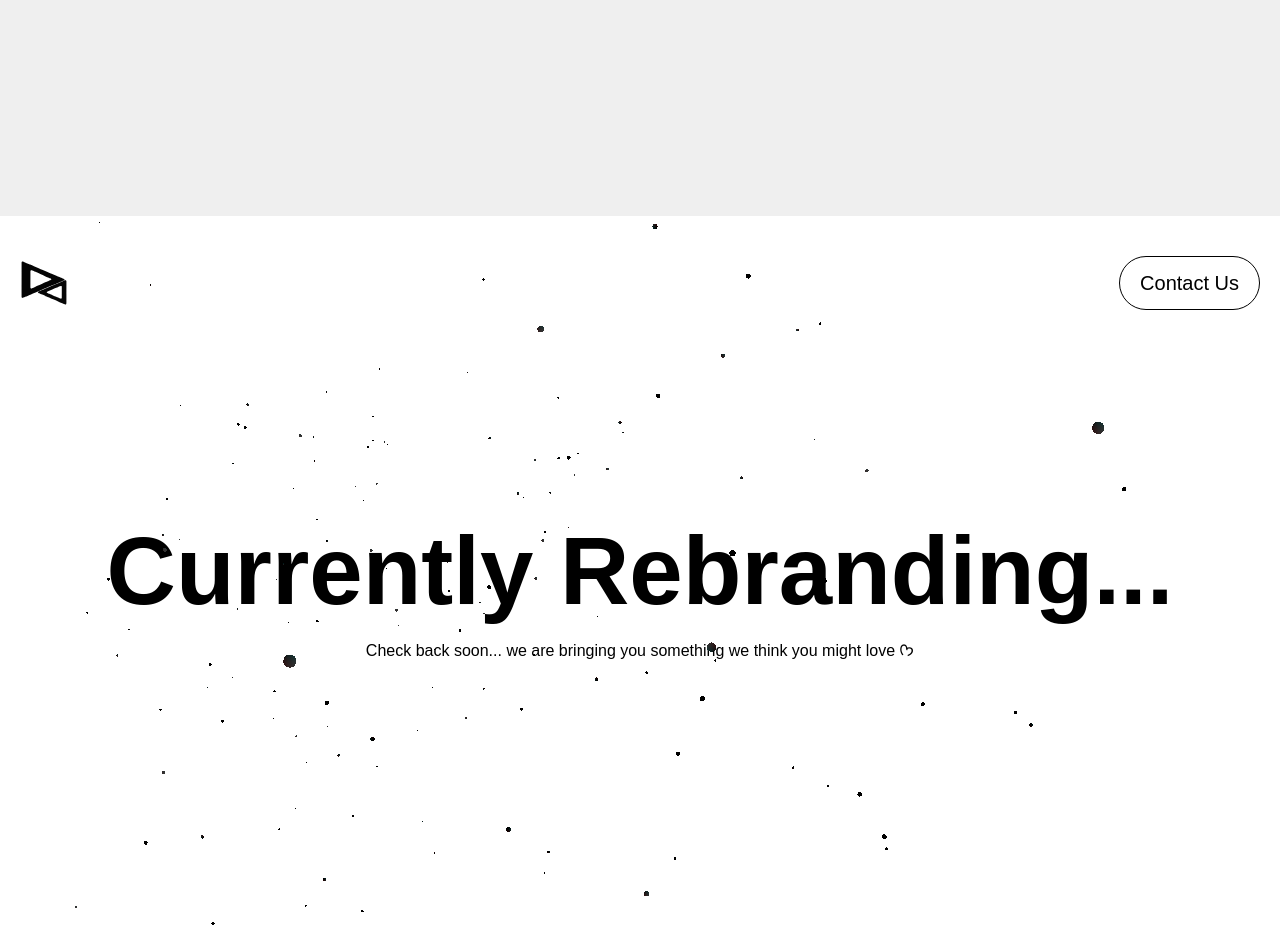
Repository: Cybugg/Nexxistudios-new
Page: /
The author's editor kept a copy of each file at every save. The page is drawn from the files as they stood at one save, then again after a run of saves.
The browser window is 1280 px wide. The pictures show the whole page.
The project was rebuilt for these pictures with package versions that can differ from the ones it lists, and the page was loaded fresh each time. The framework's server and built-in components were replaced by stand-ins that run in the browser. Also part of the build but not shown: next.config.mjs.

Above is the page before, as saved 2025-09-06 15:42:10.

### app/layout.js
import { Geist, Geist_Mono } from "next/font/google";
import localFont from "next/font/local";
import "./globals.css";
import Particles from "./Effects/Particles";


const geistSans = Geist({
  variable: "--font-geist-sans",
  subsets: ["latin"],
});
const clashGrotesk = localFont({
  src:"./../public/fonts/TTF/ClashGrotesk-Variable.ttf",
  variable:"--font-clashGrotesk"
})

const geistMono = Geist_Mono({
  variable: "--font-geist-mono",
  subsets: ["latin"],
});

export const metadata = {
  title: "Create Next App",
  description: "Generated by create next app",
};

export default function RootLayout({ children }) {
  return (
    <html lang="en">
      <body
        className={`${geistSans.variable} ${geistMono.variable} antialiased relative ${clashGrotesk.variable} `}>
            <div className="absolute w-full h-screen">
              <Particles particleColors={['#000000', '#000000']}
    particleCount={300}
    particleSpread={10}
    speed={0.1}
    particleBaseSize={100}
    moveParticlesOnHover={true}
    alphaParticles={false}
    disableRotation={false}
  />
        </div>

        {children}
      </body>
    </html>
  );
}

### app/page.js
"use client"
import { useGSAP } from "@gsap/react";
import TopNav from "./components/topNav";
import gsap from 'gsap';
import { useRef } from "react";
import Particles from "./Effects/Particles";




export default function Home() {
  const boxRef = useRef(null);
  useGSAP(() => {

    gsap.to("#progress", {
      width:"95%",
      duration:3,
      ease: 'power2.out',
    });
  },);

  return (
    <div className="grid grid-rows-[20px_1fr_20px] min-h-screen p-3 px-5  sm:p-5 bg-white text-black font-clashGrotesk">
      <main className="flex flex-col  row-start-2 items-center mx-auto container" >

      {/* Nav section */}
  <TopNav />
      {/* Hero */}
      <section className="h-full w-full flex items-center justify-center">
    <div className="">
    {/* <div className="text-3xl">
    Re-branding in Progress...
    </div> */}
    <div className="flex flex-col items-center justify-center gap-5 w-full">

{/* Main Text */}
<h1 className=" text-black flex items-center justify-center  w-full font-bold  text-8xl">
Currently Rebranding...
</h1>
{/* Sub-text */}
<p className="">
  Check back soon... we are bringing you something we think you might love ᡣ𐭩
</p>
{/* CTA Button */}
<button>

</button>
    </div>

    <div>

    </div>
    </div>
      </section>

      </main>
      <footer className="row-start-3 flex gap-[24px] flex-wrap items-center justify-center">

      </footer>
    </div>
  );
}

### app/globals.css
@import "tailwindcss";

:root {
  --background: #ffffff;
  --foreground: #171717;
}

@theme inline {
  --color-background: var(--background);
  --color-foreground: var(--foreground);
  --font-sans: var(--font-geist-sans);
  --font-mono: var(--font-geist-mono);
}

@media (prefers-color-scheme: dark) {
  :root {
    --background: #0a0a0a;
    --foreground: #ededed;
  }
}

body {
  background: var(--background);
  color: var(--foreground);
  font-family: Arial, Helvetica, sans-serif;
}

@keyframes load {
  0% {
    top: 4.5rem;
  }
  70% {
    top: 1.125rem;
  }
  90% {
    top: 0;
  }
  95% {
    top: 0;
  }
  100% {
    top: 4.5rem;
  }
}
@keyframes liquid-1 {
  0% {
    height: 0;
    opacity: 0;
    top: -0.5rem;
  }
  22% {
    height: 0.28125rem;
    top: 0.375rem;
    opacity: 1;
  }
  25% {
    top: -0.25rem;
  }
  35% {
    height: 1.125rem;
    top: -0.5rem;
  }
  55% {
    height: 0.28125rem;
    top: -0.125rem;
  }
  60% {
    height: 0.61875rem;
    opacity: 1;
    top: -0.275rem;
  }
  96% {
    height: 0.84375rem;
    opacity: 0;
    top: 0.5rem;
  }
  100% {
    height: 0;
    opacity: 0;
  }
}
@keyframes liquid-2 {
  0% {
    height: 0;
    opacity: 0;
    top: -0.5rem;
  }
  17.5% {
    height: 0.28125rem;
    top: 0.2rem;
    opacity: 1;
  }
  20% {
    top: -0.25rem;
  }
  25% {
    height: 1.40625rem;
    top: -0.625rem;
  }
  45% {
    height: 0.28125rem;
    top: -0.125rem;
  }
  60% {
    height: 1.40625rem;
    opacity: 1;
    top: -0.5rem;
  }
  96% {
    height: 0.84375rem;
    opacity: 0;
    top: 0.5rem;
  }
  100% {
    height: 0;
    opacity: 0;
  }
}
.battery {
  display: inline-block;
  position: relative;
  width: 2.25rem;
  height: 4.5rem;
  box-shadow: 0 0 0 0.2rem #425c77;
  background: white;
  border-radius: 0.09rem;
}
.battery:before {
  content: "";
  position: absolute;
  left: 0.5625rem;
  right: 0.5625rem;
  top: -0.3375rem;
  height: 0.3375rem;
  width: 1.125rem;
  background: #425c77;
  border-radius: 0.18rem;
}
.battery:after {
  content: "";
  position: absolute;
  top: 0;
  bottom: 0;
  left: 0;
  right: 0;
  border-right: 2.25rem solid transparent;
  border-bottom: 4.05rem solid rgba(255, 255, 255, 0.325);
}

.liquid {
  position: absolute;
  top: 0;
  bottom: 0;
  left: 0;
  right: 0;
  width: 2.25rem;
  background: #71fb85;
  animation: load 2.25s infinite;
}
.liquid:after, .liquid:before {
  content: "";
  position: absolute;
  top: -0.5rem;
  height: 1.125rem;
  width: 1.4625rem;
  background: #71fb85;
  border-radius: 50%;
  opacity: 0;
}
.liquid:after {
  right: 0;
  animation: liquid-1 2.25s infinite;
}
.liquid:before {
  left: 0;
  animation: liquid-2 2.25s infinite;
}

body {
  padding-top: 30vh;
  background: #efefef;
  text-align: center;
}

@keyframes power {
  0% {
    color: #bcbcbc;
  }
  75% {
    color: #bcbcbc;
    text-shadow: none;
  }
  90% {
    color: #58fa70;
    text-shadow: 0 0 0.8em #71fb85;
  }
  100% {
    color: #bcbcbc;
    text-shadow: none;
  }
}
h5 {
  font-family: Lato, sans-serif;
  font-weight: 300;
  letter-spacing: 0.025rem;
  text-transform: uppercase;
  color: #bcbcbc;
  animation: power 2.25s infinite;
}

### app/Effects/Particles.js
"use client"

import { useEffect, useRef } from 'react';
import { Renderer, Camera, Geometry, Program, Mesh } from 'ogl';

const defaultColors = ['#ffffff', '#ffffff', '#ffffff'];

const hexToRgb = hex => {
  hex = hex.replace(/^#/, '');
  if (hex.length === 3) {
    hex = hex
      .split('')
      .map(c => c + c)
      .join('');
  }
  const int = parseInt(hex, 16);
  const r = ((int >> 16) & 255) / 255;
  const g = ((int >> 8) & 255) / 255;
  const b = (int & 255) / 255;
  return [r, g, b];
};

const vertex = /* glsl */ `
  attribute vec3 position;
  attribute vec4 random;
  attribute vec3 color;

  uniform mat4 modelMatrix;
  uniform mat4 viewMatrix;
  uniform mat4 projectionMatrix;
  uniform float uTime;
  uniform float uSpread;
  uniform float uBaseSize;
  uniform float uSizeRandomness;

  varying vec4 vRandom;
  varying vec3 vColor;

  void main() {
    vRandom = random;
    vColor = color;

    vec3 pos = position * uSpread;
    pos.z *= 10.0;

    vec4 mPos = modelMatrix * vec4(pos, 1.0);
    float t = uTime;
    mPos.x += sin(t * random.z + 6.28 * random.w) * mix(0.1, 1.5, random.x);
    mPos.y += sin(t * random.y + 6.28 * random.x) * mix(0.1, 1.5, random.w);
    mPos.z += sin(t * random.w + 6.28 * random.y) * mix(0.1, 1.5, random.z);

    vec4 mvPos = viewMatrix * mPos;

    if (uSizeRandomness == 0.0) {
      gl_PointSize = uBaseSize;
    } else {
      gl_PointSize = (uBaseSize * (1.0 + uSizeRandomness * (random.x - 0.5))) / length(mvPos.xyz);
    }

    gl_Position = projectionMatrix * mvPos;
  }
`;

const fragment = /* glsl */ `
  precision highp float;

  uniform float uTime;
  uniform float uAlphaParticles;
  varying vec4 vRandom;
  varying vec3 vColor;

  void main() {
    vec2 uv = gl_PointCoord.xy;
    float d = length(uv - vec2(0.5));

    if(uAlphaParticles < 0.5) {
      if(d > 0.5) {
        discard;
      }
      gl_FragColor = vec4(vColor + 0.2 * sin(uv.yxx + uTime + vRandom.y * 6.28), 1.0);
    } else {
      float circle = smoothstep(0.5, 0.4, d) * 0.8;
      gl_FragColor = vec4(vColor + 0.2 * sin(uv.yxx + uTime + vRandom.y * 6.28), circle);
    }
  }
`;

const Particles = ({
  particleCount = 200,
  particleSpread = 10,
  speed = 0.1,
  particleColors,
  moveParticlesOnHover = false,
  particleHoverFactor = 1,
  alphaParticles = false,
  particleBaseSize = 100,
  sizeRandomness = 1,
  cameraDistance = 20,
  disableRotation = false,
  className
}) => {
  const containerRef = useRef(null);
  const mouseRef = useRef({ x: 0, y: 0 });

  useEffect(() => {
    const container = containerRef.current;
    if (!container) return;

    const renderer = new Renderer({ depth: false, alpha: true });
    const gl = renderer.gl;
    container.appendChild(gl.canvas);
    gl.clearColor(0, 0, 0, 0);

    const camera = new Camera(gl, { fov: 15 });
    camera.position.set(0, 0, cameraDistance);

    const resize = () => {
      const width = container.clientWidth;
      const height = container.clientHeight;
      renderer.setSize(width, height);
      camera.perspective({ aspect: gl.canvas.width / gl.canvas.height });
    };
    window.addEventListener('resize', resize, false);
    resize();

    const handleMouseMove = e => {
      const rect = container.getBoundingClientRect();
      const x = ((e.clientX - rect.left) / rect.width) * 2 - 1;
      const y = -(((e.clientY - rect.top) / rect.height) * 2 - 1);
      mouseRef.current = { x, y };
    };

    if (moveParticlesOnHover) {
      container.addEventListener('mousemove', handleMouseMove);
    }

    const count = particleCount;
    const positions = new Float32Array(count * 3);
    const randoms = new Float32Array(count * 4);
    const colors = new Float32Array(count * 3);
    const palette = particleColors && particleColors.length > 0 ? particleColors : defaultColors;

    for (let i = 0; i < count; i++) {
      let x, y, z, len;
      do {
        x = Math.random() * 2 - 1;
        y = Math.random() * 2 - 1;
        z = Math.random() * 2 - 1;
        len = x * x + y * y + z * z;
      } while (len > 1 || len === 0);
      const r = Math.cbrt(Math.random());
      positions.set([x * r, y * r, z * r], i * 3);
      randoms.set([Math.random(), Math.random(), Math.random(), Math.random()], i * 4);
      const col = hexToRgb(palette[Math.floor(Math.random() * palette.length)]);
      colors.set(col, i * 3);
    }

    const geometry = new Geometry(gl, {
      position: { size: 3, data: positions },
      random: { size: 4, data: randoms },
      color: { size: 3, data: colors }
    });

    const program = new Program(gl, {
      vertex,
      fragment,
      uniforms: {
        uTime: { value: 0 },
        uSpread: { value: particleSpread },
        uBaseSize: { value: particleBaseSize },
        uSizeRandomness: { value: sizeRandomness },
        uAlphaParticles: { value: alphaParticles ? 1 : 0 }
      },
      transparent: true,
      depthTest: false
    });

    const particles = new Mesh(gl, { mode: gl.POINTS, geometry, program });

    let animationFrameId;
    let lastTime = performance.now();
    let elapsed = 0;

    const update = t => {
      animationFrameId = requestAnimationFrame(update);
      const delta = t - lastTime;
      lastTime = t;
      elapsed += delta * speed;

      program.uniforms.uTime.value = elapsed * 0.001;

      if (moveParticlesOnHover) {
        particles.position.x = -mouseRef.current.x * particleHoverFactor;
        particles.position.y = -mouseRef.current.y * particleHoverFactor;
      } else {
        particles.position.x = 0;
        particles.position.y = 0;
      }

      if (!disableRotation) {
        particles.rotation.x = Math.sin(elapsed * 0.0002) * 0.1;
        particles.rotation.y = Math.cos(elapsed * 0.0005) * 0.15;
        particles.rotation.z += 0.01 * speed;
      }

      renderer.render({ scene: particles, camera });
    };

    animationFrameId = requestAnimationFrame(update);

    return () => {
      window.removeEventListener('resize', resize);
      if (moveParticlesOnHover) {
        container.removeEventListener('mousemove', handleMouseMove);
      }
      cancelAnimationFrame(animationFrameId);
      if (container.contains(gl.canvas)) {
        container.removeChild(gl.canvas);
      }
    };
    // eslint-disable-next-line react-hooks/exhaustive-deps
  }, [
    particleCount,
    particleSpread,
    speed,
    moveParticlesOnHover,
    particleHoverFactor,
    alphaParticles,
    particleBaseSize,
    sizeRandomness,
    cameraDistance,
    disableRotation
  ]);

  return <div ref={containerRef} className={`relative w-full h-full ${className}`} />;
};

export default Particles;

### app/components/topNav.js
import Image from 'next/image';
import React from 'react'
import logo from "@/assets/images/logo-light.svg"

function TopNav() {
  return (
    <div className="flex justify-between items-center w-full">
    {/* Logo */}
    <div>
      <Image src={logo} width={48} height={46} alt="nexxistudios's logo" />
    </div>
    <ul>
      <li className="py-3 px-5 text-xl rounded-full border cursor-pointer">
Contact Us
      </li>
    </ul>
  </div>
  )
}

export default TopNav;

After the next 3 saves:
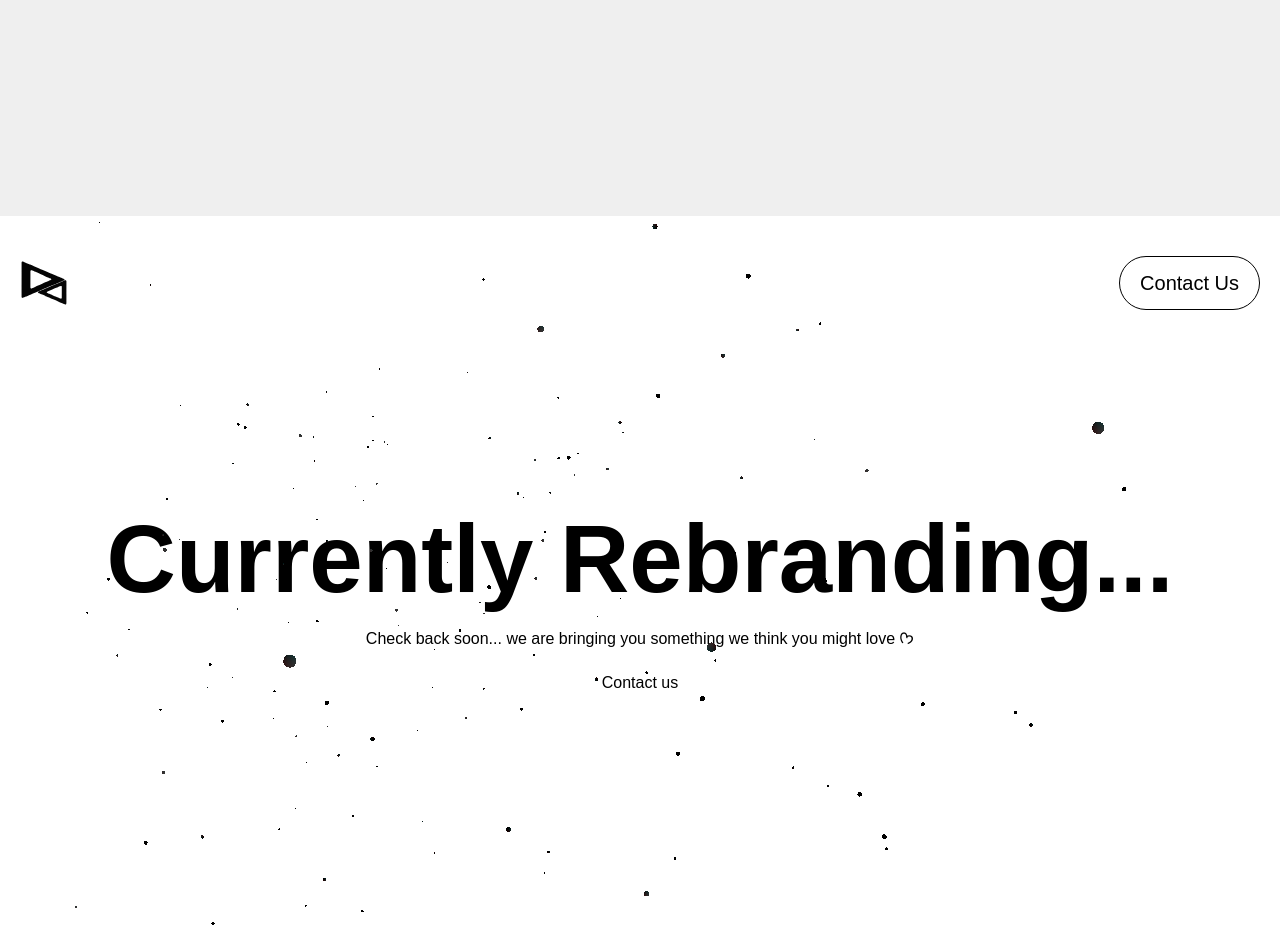
The 3 saves are shown as one change because they came seconds apart.
The last was saved 11 s later.
--- a/app/page.js
+++ b/app/page.js
@@ -43,7 +43,7 @@ Currently Rebranding...
 </p>
 {/* CTA Button */}
 <button>
-
+  Contact us
 </button>
     </div>
 
